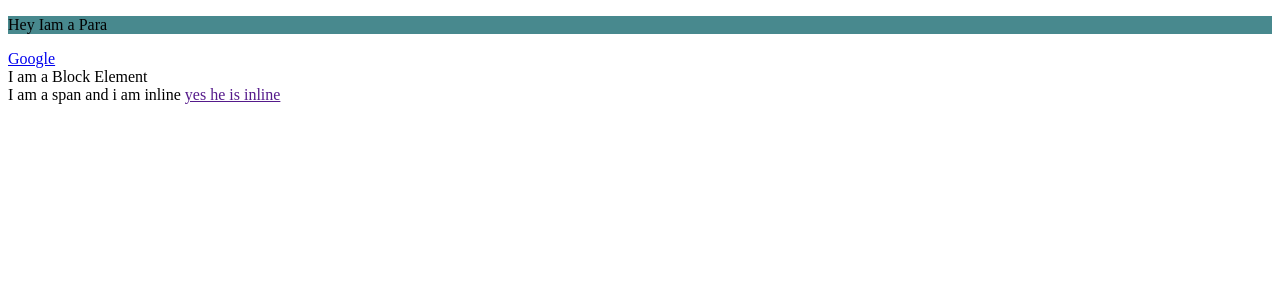
Repository: Mohan2347/Project-2
Page: 6.html
An editor plug-in stored every save of this project. The page is shown before and after the next save, followed by the edit.
The browser window is 1280 px wide. The pictures show the whole page.

Above is the page before, as saved 2024-11-13 21:42:44.

After the next save:
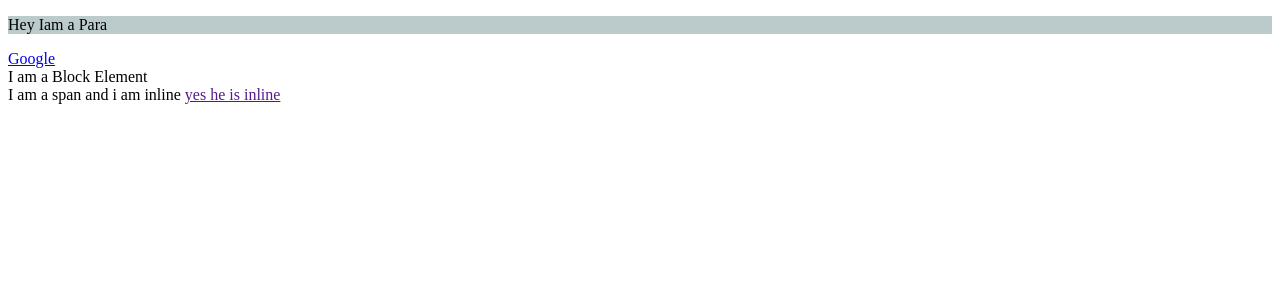
Saved 6 s later.
--- a/3.css
+++ b/3.css
@@ -1,3 +1,3 @@
 p{
-    background-color: rgb(72, 137, 142);
+    background-color: rgb(187, 203, 204);
 }
